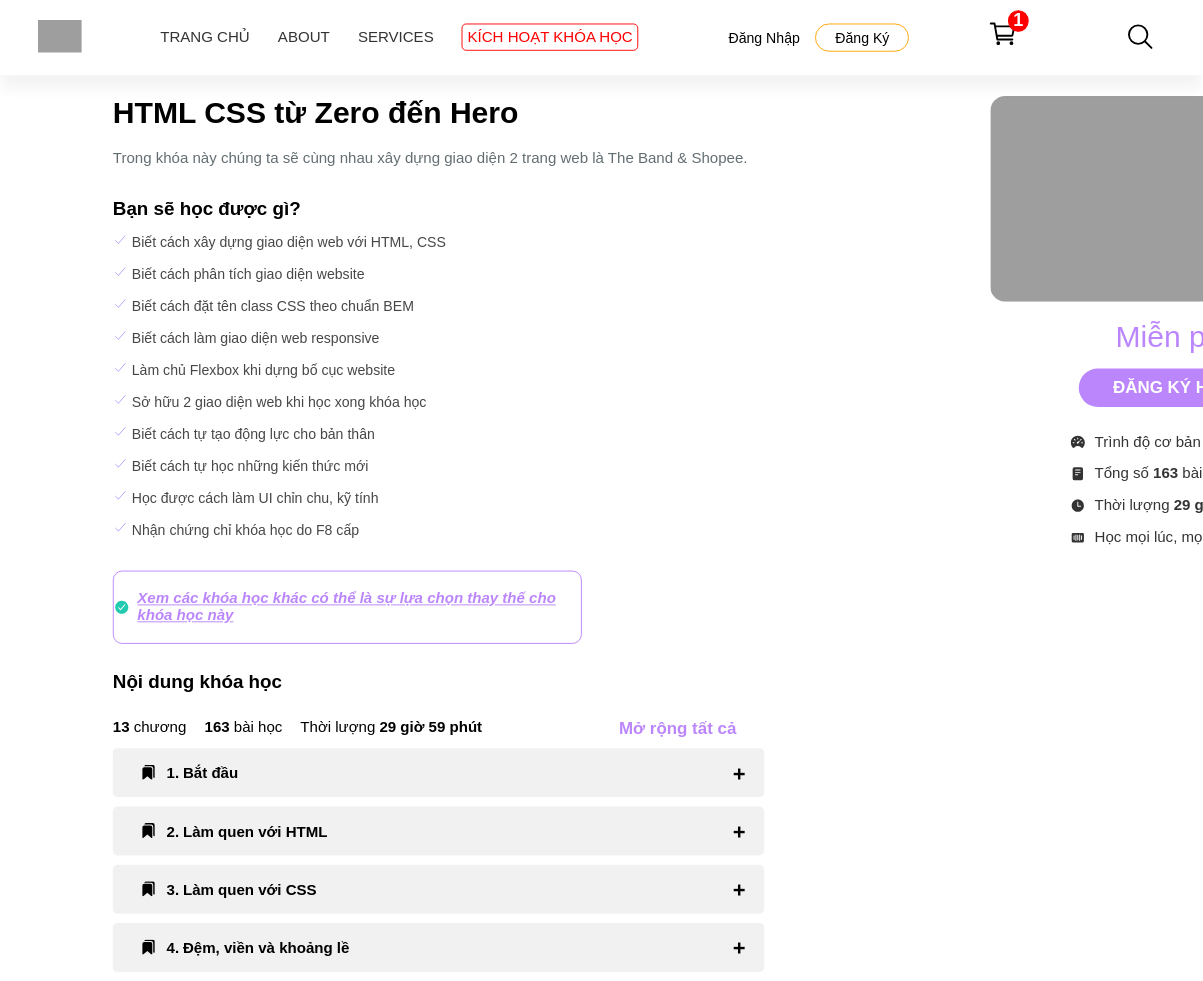
Repository: hoanghuuphuc/hoanghuuphuc
Page: details.html
An editor plug-in stored every save of this project. The page is shown before and after the next save, followed by the edit.
The browser window is 1280 px wide. The pictures show the whole page, at 94% of full size.
Pictures or frames that could not be fetched are drawn as grey boxes.

Above is the page before, as saved 2022-12-12 00:39:44.
Console error: TypeError: Cannot read properties of null (reading 'style')

After the next save:
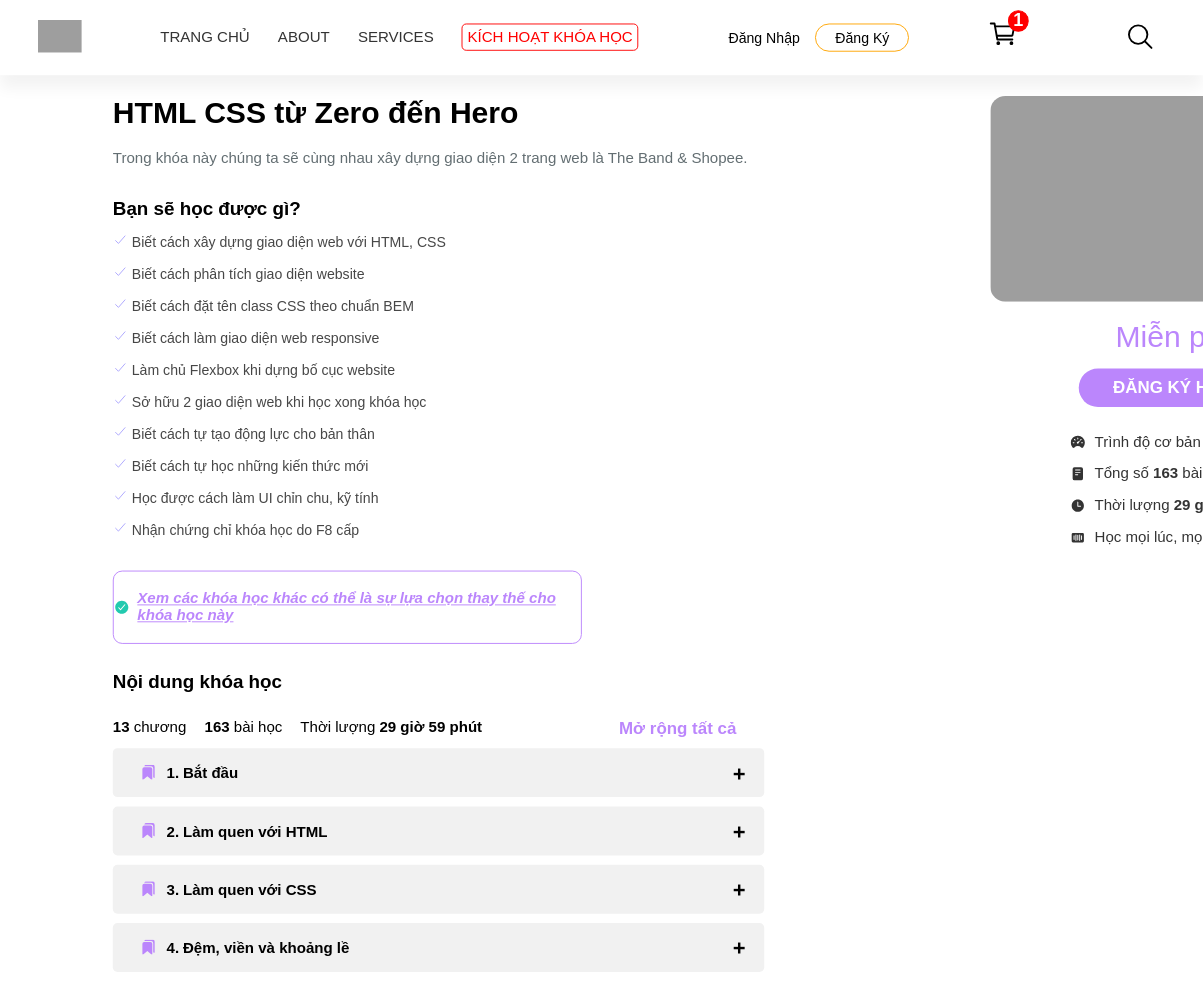
Saved 19 s later.
--- a/style.css
+++ b/style.css
@@ -801,6 +801,7 @@ footer {
 .accordion .contentBx .accordion-label ion-icon {
   transform: translateY(10%);
   padding-right: 7px;
+  color: #bb86fc;
 }
 .accordion .contentBx .accordion-label span {
   font-weight: 600;
